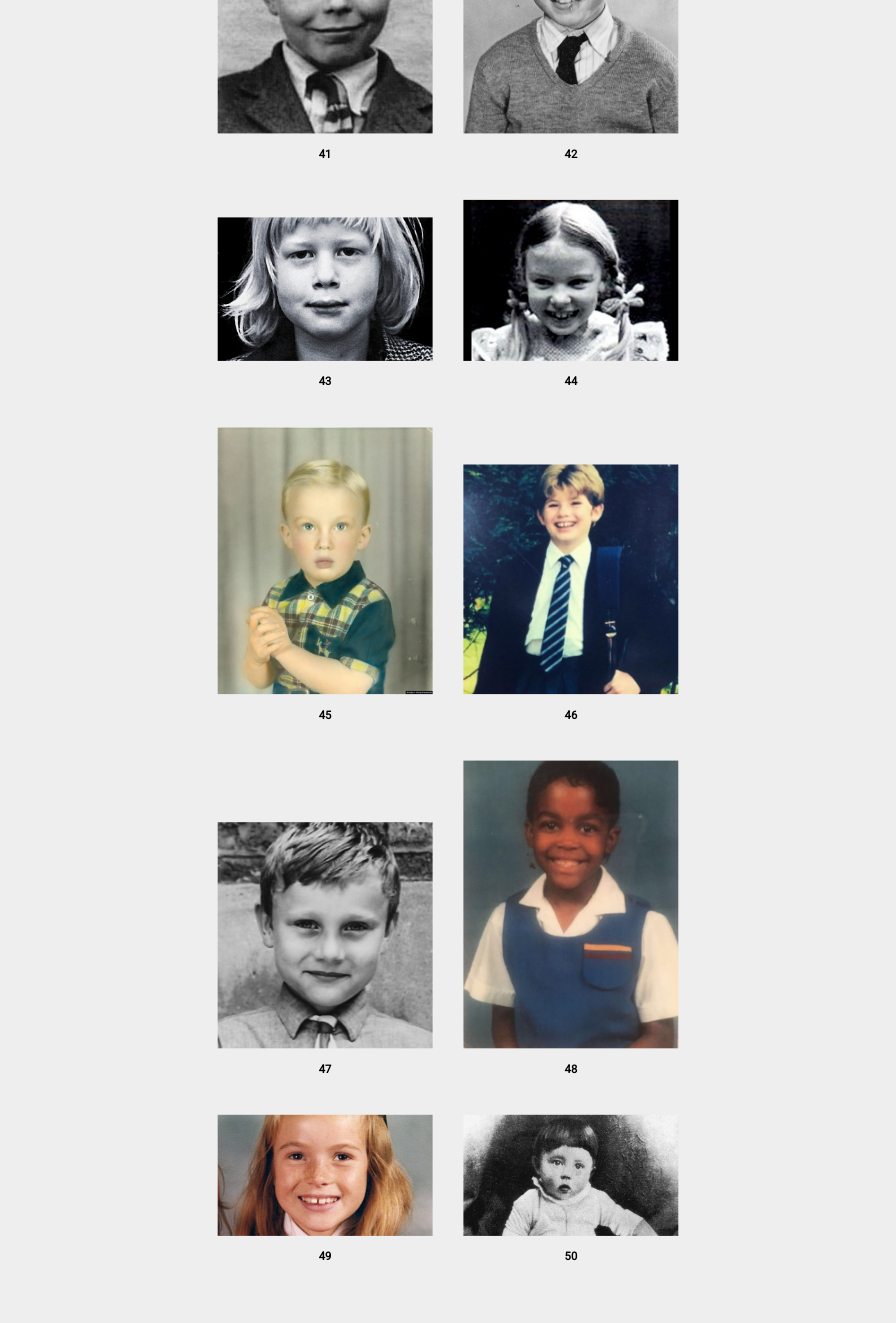
Repository: Domehead123/quiz
Page: index.html
The author's editor kept a record of every edit. The page is drawn from the files as they stood at one moment, then again after the next edit.
The browser window is 1280 px wide. The pictures show the part of the page from y = 2772 to 4692 px (the page is 4662 px tall before and 4692 px after), at 70% of full size.

Above is the page before.

### index.html
<!DOCTYPE html>
<html lang="en">
<head>
    <meta charset="UTF-8">
    <meta name="viewport" content="width=device-width, initial-scale=1.0">
    <meta http-equiv="X-UA-Compatible" content="ie=edge">
    <link href="https://fonts.googleapis.com/css2?family=Righteous&family=Roboto&display=swap" rel="stylesheet">
    <link rel="stylesheet" href="style.css" type="text/css" />
    <title>Quiz</title>
</head>
<body>

<div class="container">
    <h1>Quiz</h1>
    <p>Fifty questions. You can google the answers if you want, but you may have to do a bit more detective work.</p>
    <p>The answers will appear here at 7pm on Sunday 10 May.</p>
    </div>

    <div class="section one">
        <div class="container">
        <h2>Number Abbreviations</h2>


        <p>e.g 7 D in a W = 7 Days in a Week</p>
        <ol>
        <li>12 S of the Z</li>
<li>1000 Y in a M</li>
<li>13 in a B D</li>
<li>S W of H the E</li>
<li>86,400 S in a D</li>
<li>21 D on a 6-S D</li>
<li>An O has 3 H and up to 9 B</li>
<li>H normally have 23 P of C</li>
<li>12 A have W on the M</li>
<li>42 was the A to L, the U and E</li>
</ol>
        </div>
    </div>

        <div class="section two">
        <div class="container">
        <h2>Anagrams</h2>



        <ol start="11">
        <li>Prod Tonally (Singer)</li>
<li>Ablutions (Sportsman)</li>
<li>Bionic Drama (Politician)</li>
<li>A Nude Rove (TV programme)</li>
<li>Smearing Pro (TV presenter)</li>
<li>Easily Corona (Film)</li>
<li>Gushing Therewith Book)</li>
<li>Actions Anew (Scientist)</li>
<li>A Poetic Motorman (Public figure)</li>
<li>Anal Delve (Comedian)</li>

</ol>
        </div>
    </div>


        <div class="section three">
        <div class="container">
              <h2>Sequences</h2>
   <p>What comes next?</p>
        <ol start="21">
        <li>M, V, E, M, J, S, U, ____</li>
 <li>William, Patrick, Jon, Tom, Peter, Colin, ____</li>
 <li>2, 5, 10, 17, 26, 37, ____</li>
 <li>Sergeant, Nurse, Teacher, Constable, ____</li>
 <li>Wood, Tin, Crystal, Porcelain, ____</li>
 <li>Ghana, Togo, Burkina Faso, Mali, Algeria, Spain, France, ____</li>
 <li>3, 3, 5, 4, 4, 3, 5, 5, 4, ____</li>
 <li>1, 18, 4, 13, 6, ____</li>
 <li>FF0000, FFA500, FFFF00, 008000, 0000FF, 4B0082, ____</li>
 <li>1948, 1982, 2013, 2015, 2018, 1984, 2019, ____</li>

</ol>
        </div>
    </div>


        <div class="section four">
        <div class="container">
        <h2>Connections</h2>


        <p>What connects these things? (You really need to think laterally for this)</p>
        <ol start="41">
        <li>Irving Berlin, Bob Hope, Hal Roach, Princess Alice – Duchess of Gloucester</li>
<li>Shakespeare, Blakes 7, Anthony Eden, cosmetics</li>
<li>Brackley, Exeter, Newcastle</li>
<li>The Beatles, chess, New Zealand, Commodore</li>
<li>The Beatles, Sinbad and the Eye of the Tiger, moustache, Lewis Caroll</li>
<li>Argentine, pager, wiki, onager</li>
<li>Laurel and Hardy, Big Brother, Dracula, the Hound of the Baskervilles, Cybernauts, Daleks, Death Star</li>
<li>A berkshire boar, a 1960s TV spy, cognac, a card game</li>
<li>Holly Golightly, FDR, Jim Carrey, Grace Adler</li>
<li>Bombing of Hiroshima, a Serbian-American inventor, Louise Brooks, La Pucelle d'Orléans</li>
</ol>
        </div>
    </div>

        <div class="section five">
        <div class="container">
        <h2>Pictures</h2>


        <p>Who are they?</p>

<div class="image">
    <img src="images/1.jpg">
    <p>41</p>
</div>
<div class="image">
    <img src="images/2.jpg">
    <p>42</p>
</div>
<div class="image">
    <img src="images/3.jpg">
    <p>43</p>
</div>
<div class="image">
    <img src="images/8.jpg">
    <p>44</p>
</div>
<div class="image">
    <img src="images/5.jpg">
    <p>45</p>
</div>
<div class="image">
    <img src="images/6.jpg">
    <p>46</p>
</div>
<div class="image">
    <img src="images/7.jpg">
    <p>47</p>
</div>
<div class="image">
    <img src="images/4.jpg">
    <p>48</p>
</div>
<div class="image">
    <img src="images/9.jpg">
    <p>49</p>
</div>
<div class="image">
    <img src="images/10.jpg">
    <p>50</p>
</div>
        </div>
    </div>


</body>
</html>

### style.css
body {
font-family: 'Roboto', sans-serif;
background: #000;
color: #fff;
margin: 0;
text-align: center;
}

.container {
    width: 80%;
    margin: 0 auto;
}

p {
    font-weight: bold;
}

h1 {
font-family: 'Righteous', cursive;
font-size: 5em;
}

h2 {
font-family: 'Righteous', cursive;
font-size: 2em;
}


.section {
    padding: 30px 0 50px 0;
}

.one {
    background: #333;
    margin-top: 70px;
}

.two {
    background: #666;
}

.three {
    background: #999;
}

.four {
    background: #BBB;
    color: #000;
}

.five {
    background: #eee;
    color: #000;
}


ol {
    width: 60%;
    text-align: left;
    margin: 0 auto;
}

li  {
margin: 10px 0 ;
}

.image {
    width: 30%;
    display: inline-block;
    margin: 20px;
}

.image img {
    max-width: 100%;
}

@media only screen and (max-width: 764px) {

 .container {
     width: 90%;
 }

 .image {
     width: 100%;
     margin: 10px 0;
 }
}

After the next edit:
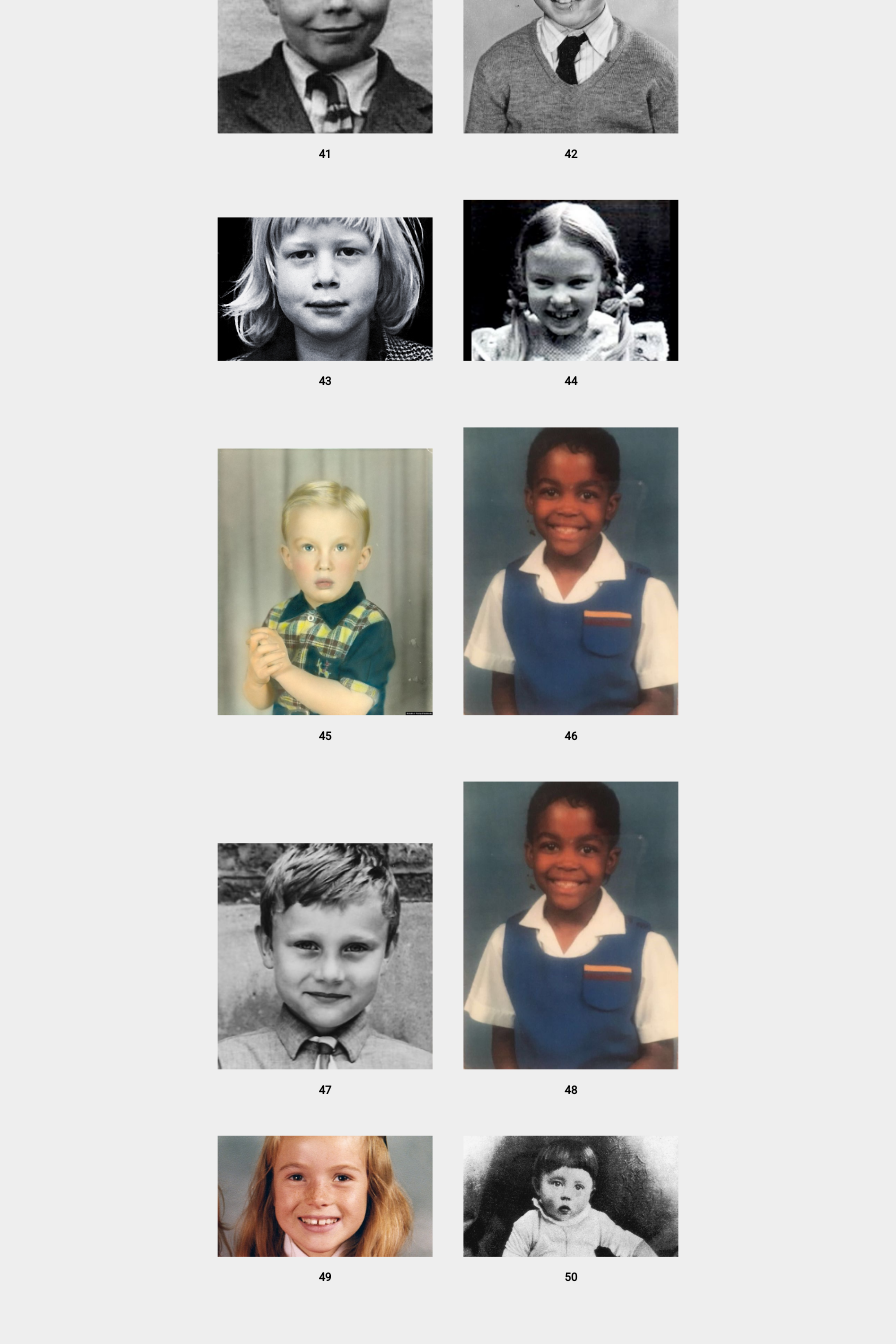
The edit:
--- a/index.html
+++ b/index.html
@@ -130,7 +130,7 @@
     <p>45</p>
 </div>
 <div class="image">
-    <img src="images/6.jpg">
+    <img src="images/4.jpg">
     <p>46</p>
 </div>
 <div class="image">
